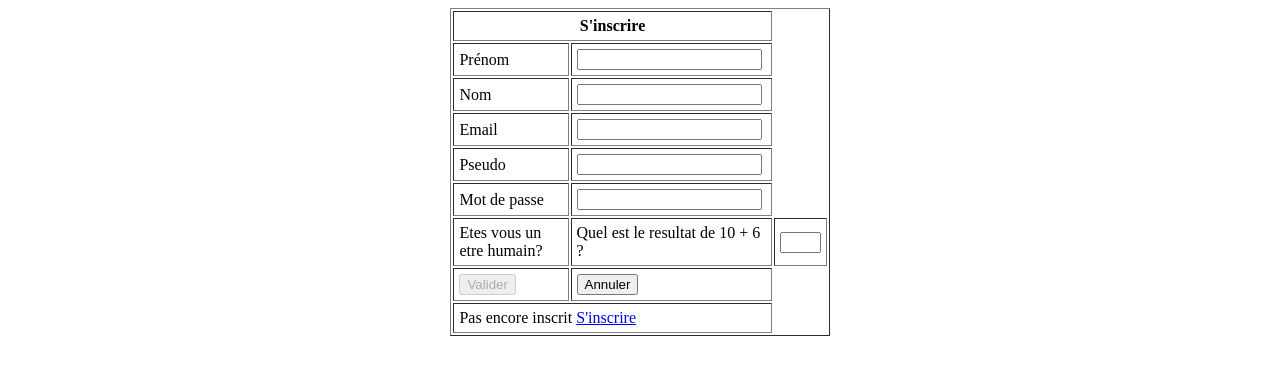
Repository: t2isoft/Login-jee
Page: http://localhost/spring-security-loginform-database/WEB-INF/pages/reg.jsp
These files come from the project's save history. The page is drawn as it stood at one moment and after the next save; the edit follows.
The browser window is 1280 px wide. The pictures show the whole page.
The page is served by Tomcat 9. Nobody is signed in. Other server files are loaded and not shown. The template is opened directly, without the code that normally fills it, so the values that code supplies are empty.

Above is the page before, as saved 2015-11-24 09:31:32.

### spring-security-loginform-database/src/main/webapp/WEB-INF/pages/reg.jsp
<%@page contentType="text/html" pageEncoding="UTF-8"%>
<!DOCTYPE html>
<html>
    <head>
        <meta http-equiv="Content-Type" content="text/html; charset=UTF-8">
        <title>Inscrition</title>
            <script type="text/javascript">
		    var a = Math.ceil(Math.random() * 10);
		    var b = Math.ceil(Math.random() * 10);
		    var c = a + b
		    function DrawBotBoot()
		    {
		        document.write("Quel est le resultat de "+ a + " + " + b +" ? ");
		        // document.write("<input id='BotBootInput' type='text' maxlength='2' size='2'/>");
		    }
		    function ValidBotBoot(){
		        var d = document.getElementById('BotBootInput').value;
		        if (d == c) document.getElementById('Validation').style.enabled;
		    }
		    </script>
    </head>
    <body>
        <form method="get" action="registration">
            <center>
            <table border="1" width="30%" cellpadding="5">
                <thead>
                    <tr>
                        <th colspan="2">S'inscrire</th>
                    </tr>
                </thead>
                <tbody>
                    <tr>
                        <td>Prénom</td>
                        <td><input type="text" name="fname" value="" required/></td>
                    </tr>
                    <tr>
                        <td>Nom</td>
                        <td><input type="text" name="lname" value="" required/></td>
                    </tr>
                    <tr>
                        <td>Email</td>
                        <td><input type="text" name="email" value="" required/></td>
                    </tr>
                    <tr>
                        <td>Pseudo</td>
                        <td><input type="text" name="uname" value="" required/></td>
                    </tr>
                    <tr>
                        <td>Mot de passe</td>
                        <td><input type="password" name="pass" value="" required/></td>
                    </tr>
                    <tr>
                        <td>Etes vous un etre humain?</td>
                        <td><script type="text/javascript">DrawBotBoot()</script></td>
                        <td><input id='BotBootInput' type='text' maxlength='2' size='2' onChange="ValidBotBoot();" /></td>
                        <!--  <td><script type="text/javascript">DrawBotBoot()</script>  -->
                    </tr>
                    <tr>
                        <td><input id="Validation" type="submit" value="Valider" disabled="disabled"/></td>
                        <td><input type="reset" value="Annuler" /></td>
                    </tr>
                    <tr>
                        <td colspan="2">Pas encore inscrit <a href="index">S'inscrire</a></td>
                    </tr>
                </tbody>
            </table>
            </center>
        </form>
    </body>
</html>

After the next save:
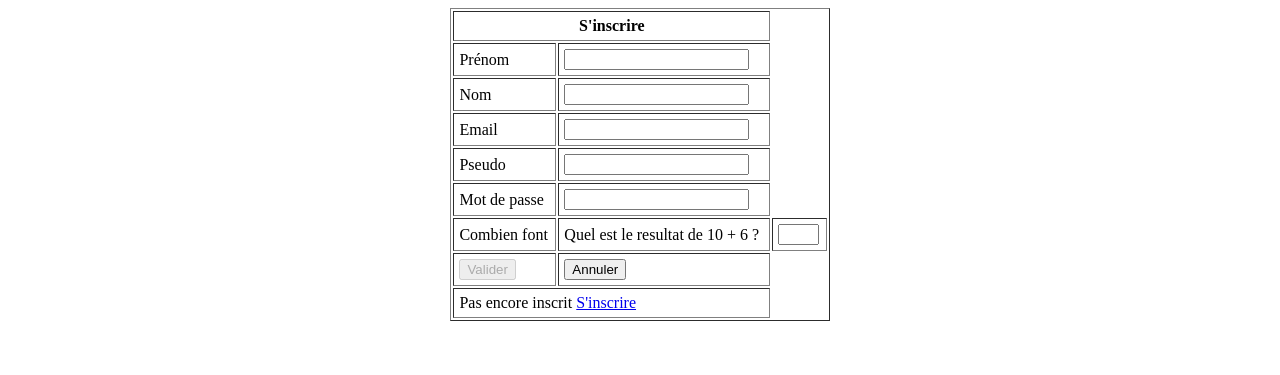
Saved 14 s later.
--- a/spring-security-loginform-database/src/main/webapp/WEB-INF/pages/reg.jsp
+++ b/spring-security-loginform-database/src/main/webapp/WEB-INF/pages/reg.jsp
@@ -50,7 +50,7 @@
                         <td><input type="password" name="pass" value="" required/></td>
                     </tr>
                     <tr>
-                        <td>Etes vous un etre humain?</td>
+                        <td>Combien font </td>
                         <td><script type="text/javascript">DrawBotBoot()</script></td>
                         <td><input id='BotBootInput' type='text' maxlength='2' size='2' onChange="ValidBotBoot();" /></td>
                         <!--  <td><script type="text/javascript">DrawBotBoot()</script>  -->
